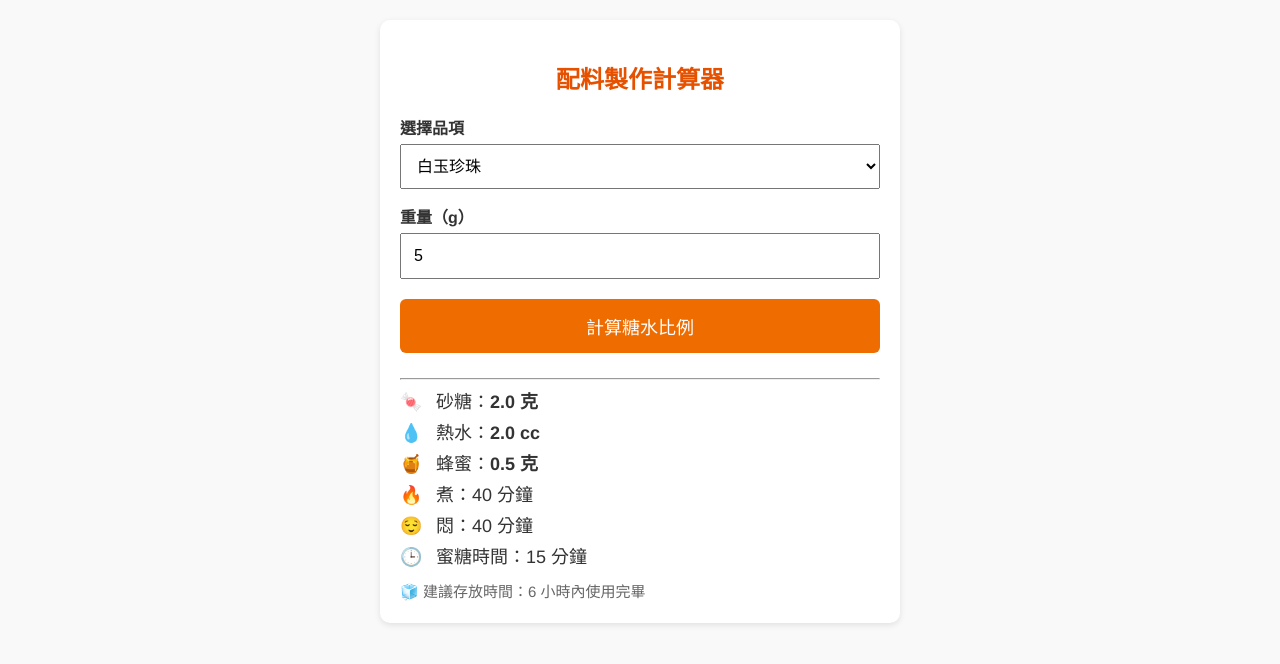
Repository: liying1106/tea-calculator
Page: 配料.html
An editor plug-in stored every save of this project. The page is shown before and after the next save, followed by the edit.
The browser window is 1280 px wide. The pictures show the whole page.
Empty fields were first filled with sample values (such as "Sample", 5 or name@example.com).
After loading, the first visible `button` was clicked once.

Above is the page before, as saved 2025-07-16 11:40:38.

After the next save:
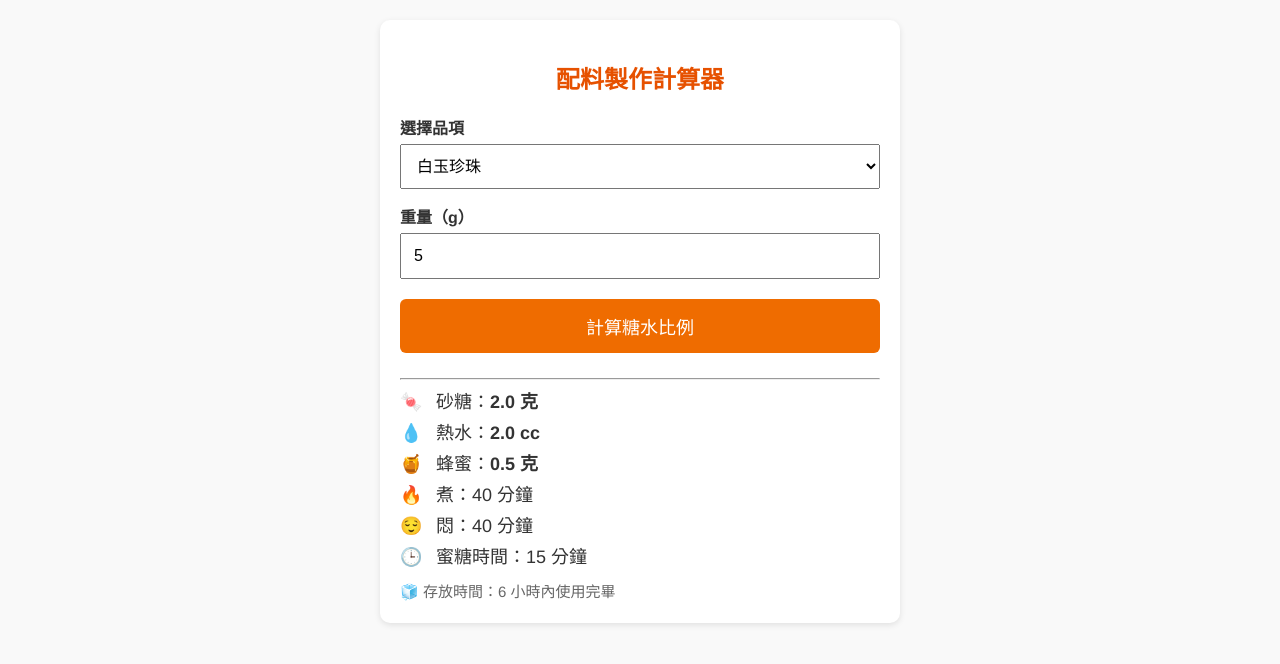
Saved 82 min 4 s later.
--- a/配料.html
+++ b/配料.html
@@ -185,7 +185,7 @@
         <div class="row"><span class="icon">🔥</span> 煮：${data.cookTime} 分鐘</div>
         <div class="row"><span class="icon">😌</span> 悶：${data.steamTime} 分鐘</div>
         <div class="row"><span class="icon">🕒</span> 蜜糖時間：${data.soakTime} 分鐘</div>
-        <div class="note">🧊 建議存放時間：${data.shelfLife} 小時內使用完畢</div>
+        <div class="note">🧊 存放時間：${data.shelfLife} 小時內使用完畢</div>
       `;
 
       document.getElementById("result").innerHTML = output;
